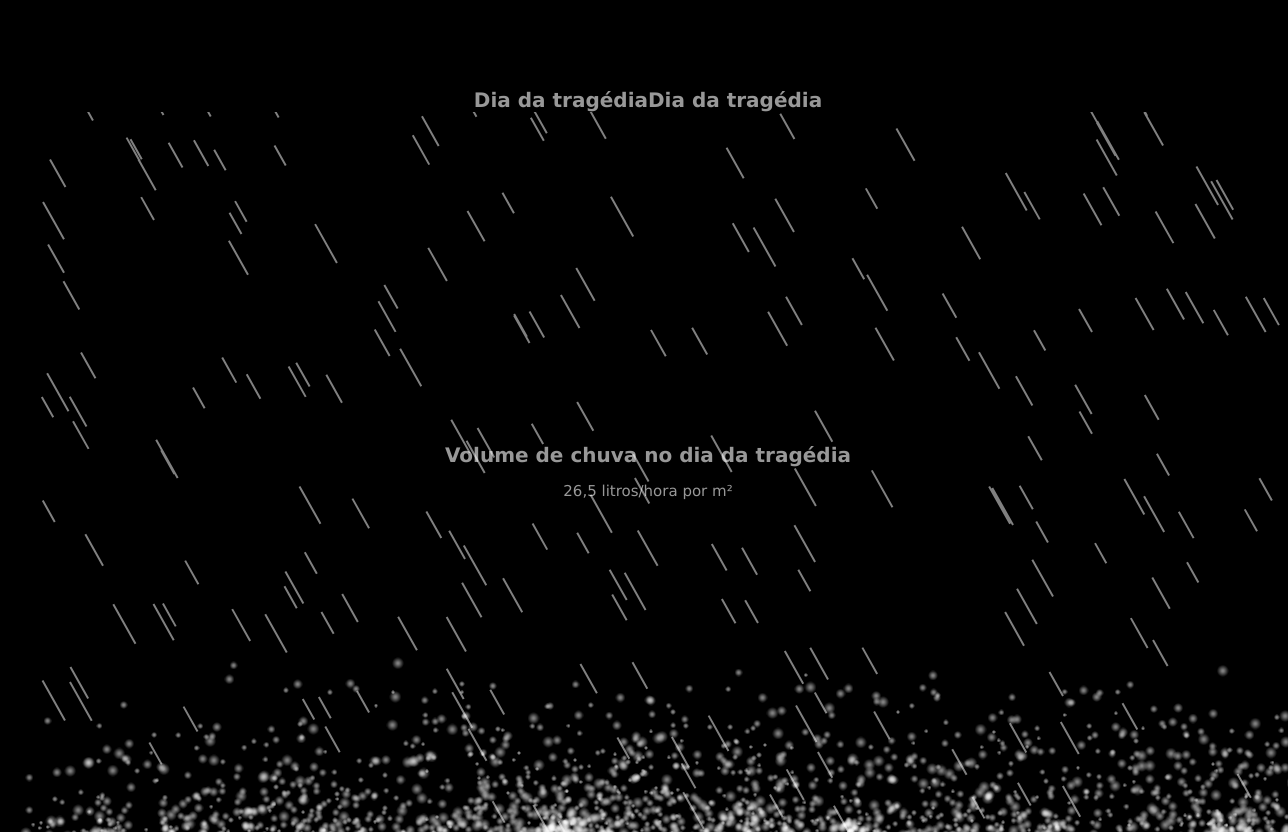
Repository: lucasthaynan/chuvas-estadao
Page: index.html
The author's editor kept a copy of each file at every save. The page is drawn from the files as they stood at one save, then again after the next save.
The browser window is 1280 px wide. The page is 1288 px wide, so the pictures cover 1288 px, including what lies to the right of the window. The pictures show the whole page.

Above is the page before, as saved 2023-02-24 10:35:22.
Console error: ReferenceError: dat is not defined

### index.html
<!DOCTYPE html>
<html lang="en">
<head>
    <meta charset="UTF-8">
    <meta http-equiv="X-UA-Compatible" content="IE=edge">
    <meta name="viewport" content="width=device-width, initial-scale=1.0">
    <link rel="stylesheet" href="./style.css">
    <title>Document</title>
</head>
<body>

    <div id="instructions"></div>
        <div>
            <h1>Texto teste</h1>
            <div class="btns">
                <div class="btn-nornal">
                    <p>Dia da tragédia</p>
                </div>
                <div class="btn-tragedia">
                    <p>Dia da tragédia</p>
                </div>
            </div>
        </div>
        <canvas id="canvas">Canvas is not supported in your browser

        </canvas>

    <div class="text">
        <p>Volume de chuva no dia da tragédia</p>
        <p class="desc">26,5 litros/hora por m²</p>
    </div>


    <script src="./main.js"></script>
</body>
</html>

### style.css
html, body, canvas, #instructions {
	position: absolute;
	width: 100%;
	height: 100%;
}
body {
background: -moz-linear-gradient(top,  rgb(0, 0, 0) 0%, rgb(0, 0, 0) 100%); /* FF3.6-15 */
background: linear-gradient(to bottom,  rgb(0, 0, 0) 0%,rgba(0, 0, 0, 0.93) 100%);
background: -webkit-linear-gradient(top,  rgb(0, 0, 0) 0%,rgb(0, 0, 0) 100%); /* Chrome10-25,Safari5.1-6 */
/* background: linear-gradient(to bottom,  rgba(8,13,40,1) 0%,rgba(38,19,0,1) 100%); W3C, IE10+, FF16+, Chrome26+, Opera12+, Safari7+ */
}

#instructions {
	opacity: 1;
	transition: opacity 2s;
	background-repeat: no-repeat;
	background-position: center center;
	background-size: contain;
	/* background-image: url(data:[embedded picture, 1818 characters]);
	 */
	@media (max-height: 400px) {
		display: none;
	}
}


.text {
    display: flex;
    justify-content: center;
    width: 100vw;
    height: 100%;
    /* align-content: center; */
    align-items: center;
    flex-direction: column;
    flex-wrap: nowrap;
    gap: 15px;
}

p {
    margin: 0;
    font-weight: 800;
    color: #989898;
    font-size: 20px;
    font-family:'Lucida Sans', 'Lucida Sans Regular', 'Lucida Grande', 'Lucida Sans Unicode', Geneva, Verdana, sans-serif;
}

p.desc {
    font-size: 15px;
    font-weight: 500;
}

div.btns {
    display: flex;
    flex-direction: row;
    align-items: center;
    justify-content: center;

}

### main.js
// Falling rain simulation using 2D canvas
// - vanilla JS, no frameworks
// - framerate independent physics
// - slow-mo / fast-forward support via demo.speed
// - supports high-DPI screens
// - falling rain particles are drawn as vector lines
// - splash particles are lazily pre-rendered so gradients aren't computed each frame
// - all particles make use of object pooling to further boost performance

// initialize
document.addEventListener("DOMContentLoaded", function() {
	demo.init();
	window.addEventListener('resize', demo.resize);
});

// demo namespace
var demo = {
	// CUSTOMIZABLE PROPERTIES
	// - physics speed multiplier: allows slowing down or speeding up simulation
	speed: 1,
	// - color of particles
	color: {
		r: '255',
		g: '255',
		b: '255',
		a: '0.5'
	},

	// END CUSTOMIZATION
	// whether demo is running
	started: false,
	// canvas and associated context references
	canvas: null,
	ctx: null,
	// viewport dimensions (DIPs)
	width: 0,
	height: 0,
	// devicePixelRatio alias (should only be used for rendering, physics shouldn't care)
	dpr: window.devicePixelRatio || 1,
	// time since last drop
	drop_time: 0,
	// ideal time between drops (changed with mouse/finger)
    drop_delay: 2.5,
	// drop_delay: 156,
	// wind applied to rain (changed with mouse/finger)
    wind: 15,
	// wind: 5,
	// color of rain (set in init)
	rain_color: null,
	rain_color_clear: null,
	// rain particles
	rain: [],
	rain_pool: [],
	// rain droplet (splash) particles
	drops: [],
	drop_pool: []
};

// demo initialization (should only run once)
demo.init = function() {
	if (!demo.started) {
		demo.started = true;
		demo.canvas = document.getElementById('canvas');
		demo.ctx = demo.canvas.getContext('2d');
		var c = demo.color;
		demo.rain_color = 'rgba(' + c.r + ',' + c.g + ',' + c.b + ',' + c.a + ')';
		demo.rain_color_clear = 'rgba(' + c.r + ',' + c.g + ',' + c.b + ',0)';
		demo.resize();
		Ticker.addListener(demo.step);

		//
		const gui = new dat.GUI();
		gui.add(demo, 'speed', 0.2, 2);

		// fade out instructions after a few seconds
		var instructions = document.getElementById('instructions');
		setTimeout(function() {
			instructions.style.opacity = 0;
			setTimeout(function(){
				instructions.parentNode.removeChild(instructions);
			}, 2000);
		}, 4000);
	}
}

// (re)size canvas (clears all particles)
demo.resize = function() {
	// localize common references
	var rain = demo.rain;
	var drops = demo.drops;
	// recycle particles
	for (var i = rain.length - 1; i >= 0; i--) {
			rain.pop().recycle();
	}
	for (var i = drops.length - 1; i >= 0; i--) {
			drops.pop().recycle();
	}
	// resize
	demo.width = window.innerWidth;
	demo.height = window.innerHeight;
	demo.canvas.width = demo.width * demo.dpr;
	demo.canvas.height = demo.height * demo.dpr;
}

demo.step = function(time, lag) {
	// localize common references
	var demo = window.demo;
	var speed = demo.speed;
	var width = demo.width;
	var height = demo.height;
	var wind = demo.wind;
	var rain = demo.rain;
	var rain_pool = demo.rain_pool;
	var drops = demo.drops;
	var drop_pool = demo.drop_pool;

	// multiplier for physics
	var multiplier = speed * lag;

	// spawn drops
	demo.drop_time += time * speed;
	while (demo.drop_time > demo.drop_delay) {
		demo.drop_time -= demo.drop_delay;
		var new_rain = rain_pool.pop() || new Rain();
		new_rain.init();
		var wind_expand = Math.abs(height / new_rain.speed * wind); // expand spawn width as wind increases
		var spawn_x = Math.random() * (width + wind_expand);
		if (wind > 0) spawn_x -= wind_expand;
		new_rain.x = spawn_x;
		rain.push(new_rain);
	}

	// rain physics
	for (var i = rain.length - 1; i >= 0; i--) {
		var r = rain[i];
		r.y += r.speed * r.z * multiplier;
		r.x += r.z * wind * multiplier;
		// remove rain when out of view
		if (r.y > height) {
			// if rain reached bottom of view, show a splash
			r.splash();
		}
		// recycle rain
		if (r.y > height + Rain.height * r.z || (wind < 0 && r.x < wind) || (wind > 0 && r.x > width + wind)) {
			r.recycle();
			rain.splice(i, 1);
		}
	}

	// splash drop physics
	var drop_max_speed = Drop.max_speed;
	for (var i = drops.length - 1; i >= 0; i--) {
		var d = drops[i];
		d.x += d.speed_x * multiplier;
		d.y += d.speed_y * multiplier;
		// apply gravity - magic number 0.3 represents a faked gravity constant
		d.speed_y += 0.3 * multiplier;
		// apply wind (but scale back the force)
		d.speed_x += wind / 25 * multiplier;
		if (d.speed_x < -drop_max_speed) {
			d.speed_x = -drop_max_speed;
		}else if (d.speed_x > drop_max_speed) {
			d.speed_x = drop_max_speed;
		}
		// recycle
		if (d.y > height + d.radius) {
			d.recycle();
			drops.splice(i, 1);
		}
	}

	demo.draw();
}

demo.draw = function() {
	// localize common references
	var demo = window.demo;
	var width = demo.width;
	var height = demo.height;
	var dpr = demo.dpr;
	var rain = demo.rain;
	var drops = demo.drops;
	var ctx = demo.ctx;

	// start fresh
	ctx.clearRect(0, 0, width*dpr, height*dpr);

	// draw rain (trace all paths first, then stroke once)
	ctx.beginPath();
	var rain_height = Rain.height * dpr;
	for (var i = rain.length - 1; i >= 0; i--) {
		var r = rain[i];
		var real_x = r.x * dpr;
		var real_y = r.y * dpr;
		ctx.moveTo(real_x, real_y);
		// magic number 1.5 compensates for lack of trig in drawing angled rain
		ctx.lineTo(real_x - demo.wind * r.z * dpr * 1.5, real_y - rain_height * r.z);
	}
	ctx.lineWidth = Rain.width * dpr;
	ctx.strokeStyle = demo.rain_color;
	ctx.stroke();

	// draw splash drops (just copy pre-rendered canvas)
	for (var i = drops.length - 1; i >= 0; i--) {
		var d = drops[i];
		var real_x = d.x * dpr - d.radius;
		var real_y = d.y * dpr - d.radius;
		ctx.drawImage(d.canvas, real_x, real_y);
	}
}


// Rain definition
function Rain() {
	this.x = 0;
	this.y = 0;
	this.z = 0;
	this.speed = 25;
	this.splashed = false;
}
Rain.width = 2;

// TAMANHO DAS GOSTAS DE CHUVA - 40 = PADRAO
Rain.height = 40;
Rain.prototype.init = function() {
	this.y = Math.random() * -100;

    // VELOCIDADE DE QUEDA DA CHUVA - 0.5 + 0.5 = PADRAO
	this.z = Math.random() * 0.5 + 0.5;
	this.splashed = false;
}
Rain.prototype.recycle = function() {
	demo.rain_pool.push(this);
}
// recycle rain particle and create a burst of droplets
Rain.prototype.splash = function() {
	if (!this.splashed) {
		this.splashed = true;
		var drops = demo.drops;
		var drop_pool = demo.drop_pool;

		for (var i=0; i<16; i++) {
			var drop = drop_pool.pop() || new Drop();
			drops.push(drop);
			drop.init(this.x);
		}
	}
}


// Droplet definition
function Drop() {
	this.x = 0;
	this.y = 0;
	this.radius = Math.round(Math.random() * 4 + 2) * demo.dpr;
	this.speed_x = 0;
	this.speed_y = 0;
	this.canvas = document.createElement('canvas');
	this.ctx = this.canvas.getContext('2d');

	// render once and cache
	var diameter = this.radius * 2;
	this.canvas.width = diameter;
	this.canvas.height = diameter;

	var grd = this.ctx.createRadialGradient(this.radius, this.radius , 1, this.radius, this.radius, this.radius);
	grd.addColorStop(0, demo.rain_color);
	grd.addColorStop(1, demo.rain_color_clear);
	this.ctx.fillStyle = grd;
	this.ctx.fillRect(0, 0, diameter, diameter);
}

// DISPERCAO DOS PINGOS NO CHAO
Drop.max_speed = 10;

Drop.prototype.init = function(x) {
	this.x = x;
	this.y = demo.height;
	var angle = Math.random() * Math.PI - (Math.PI * 0.5);
	var speed = Math.random() * Drop.max_speed;
	this.speed_x = Math.sin(angle) * speed;
	this.speed_y = -Math.cos(angle) * speed;
}
Drop.prototype.recycle = function() {
	demo.drop_pool.push(this);
}




// handle interaction
demo.mouseHandler = function(evt) {
	demo.updateCursor(evt.clientX, evt.clientY);
}
demo.touchHandler = function(evt) {
	evt.preventDefault();
	var touch = evt.touches[0];
	demo.updateCursor(touch.clientX, touch.clientY);
}
demo.updateCursor = function(x, y) {
	x /= demo.width;
	y /= demo.height;
	var y_inverse = (1 - y);

	demo.drop_delay = y_inverse*y_inverse*y_inverse * 100 + 2;
	demo.wind = (x - 0.5) * 50;
}

// document.addEventListener('mousemove', demo.mouseHandler);
// document.addEventListener('touchstart', demo.touchHandler);
// document.addEventListener('touchmove', demo.touchHandler);



// Frame ticker helper module
var Ticker = (function(){
	var PUBLIC_API = {};

	// public
	// will call function reference repeatedly once registered, passing elapsed time and a lag multiplier as parameters
	PUBLIC_API.addListener = function addListener(fn) {
		if (typeof fn !== 'function') throw('Ticker.addListener() requires a function reference passed in.');

		listeners.push(fn);

		// start frame-loop lazily
		if (!started) {
			started = true;
			queueFrame();
		}
	};

	// private
	var started = false;
	var last_timestamp = 0;
	var listeners = [];
	// queue up a new frame (calls frameHandler)
	function queueFrame() {
		if (window.requestAnimationFrame) {
			requestAnimationFrame(frameHandler);
		} else {
			webkitRequestAnimationFrame(frameHandler);
		}
	}
	function frameHandler(timestamp) {
		var frame_time = timestamp - last_timestamp;
		last_timestamp = timestamp;
		// make sure negative time isn't reported (first frame can be whacky)
		if (frame_time < 0) {
			frame_time = 17;
		}
		// - cap minimum framerate to 15fps[~68ms] (assuming 60fps[~17ms] as 'normal')
		else if (frame_time > 68) {
			frame_time = 68;
		}

		// fire custom listeners
		for (var i = 0, len = listeners.length; i < len; i++) {
			listeners[i].call(window, frame_time, frame_time / 16.67);
		}

		// always queue another frame
		queueFrame();
	}

	return PUBLIC_API;
}());

After the next save:
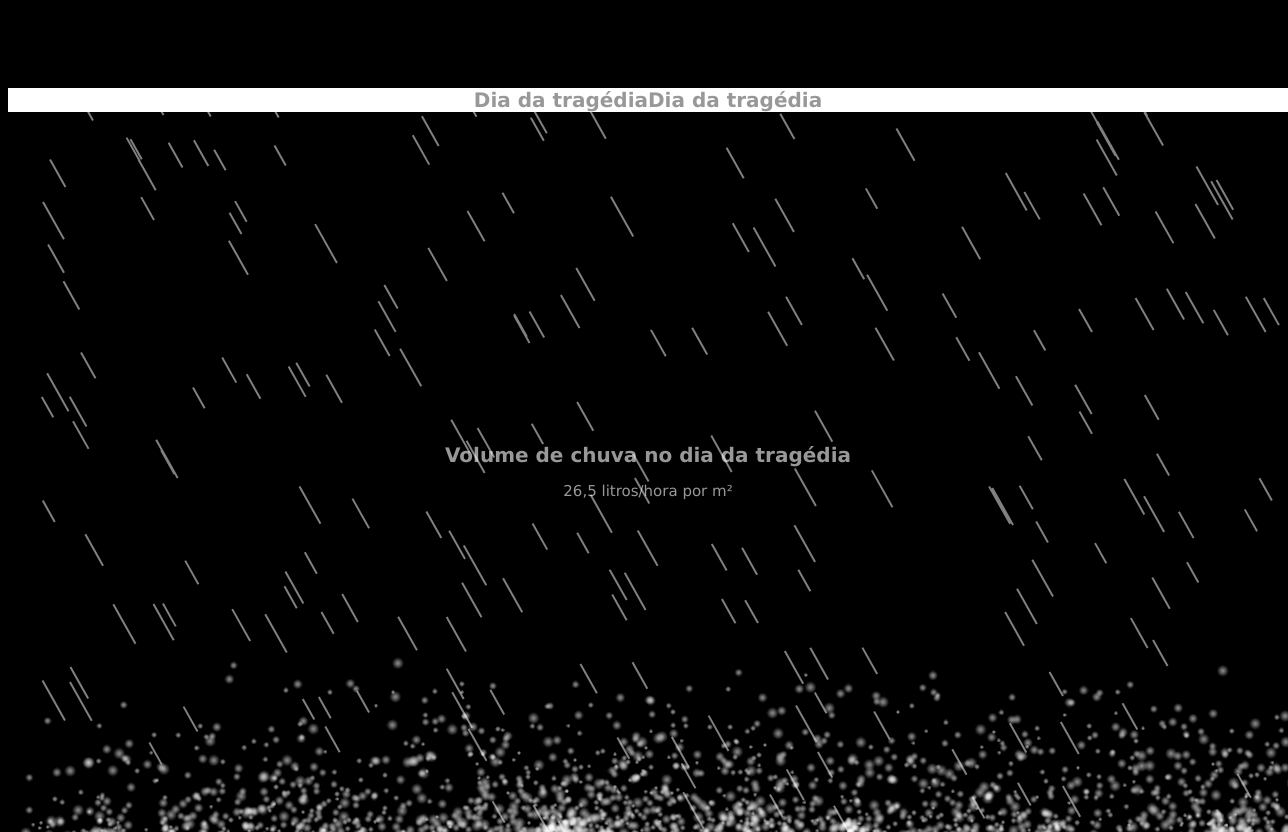
Saved 21 s later.
--- a/style.css
+++ b/style.css
@@ -54,5 +54,5 @@ div.btns {
     flex-direction: row;
     align-items: center;
     justify-content: center;
-
+    background-color: #ffffff;
 }
